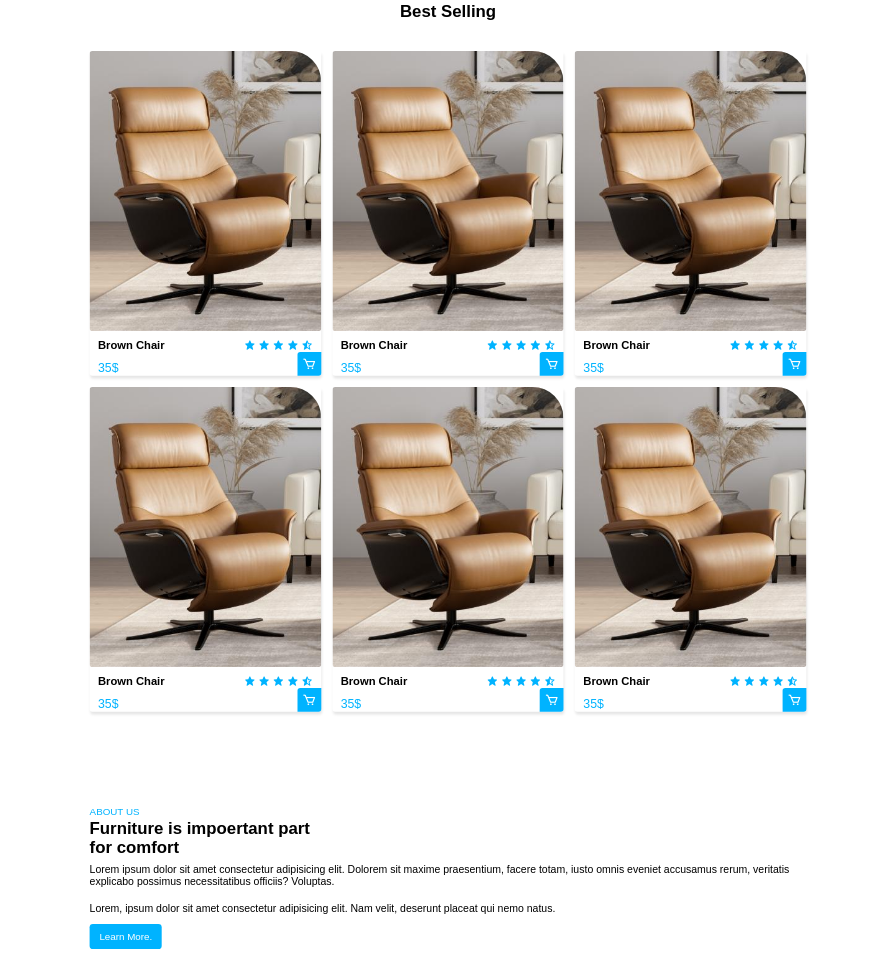
Repository: alishbah7/Choice1
Page: index.html
The author's editor kept a copy of each file at every save. The page is drawn from the files as they stood at one save, then again after the next save.
The browser window is 1280 px wide. The pictures show the part of the page from y = 1937 to 3857 px (the page is 3334 px tall before and 3857 px after), at 70% of full size.
Backgrounds fixed to the window are drawn as part of the page.

Above is the page before, as saved 2024-11-24 10:43:10.

After the next save:
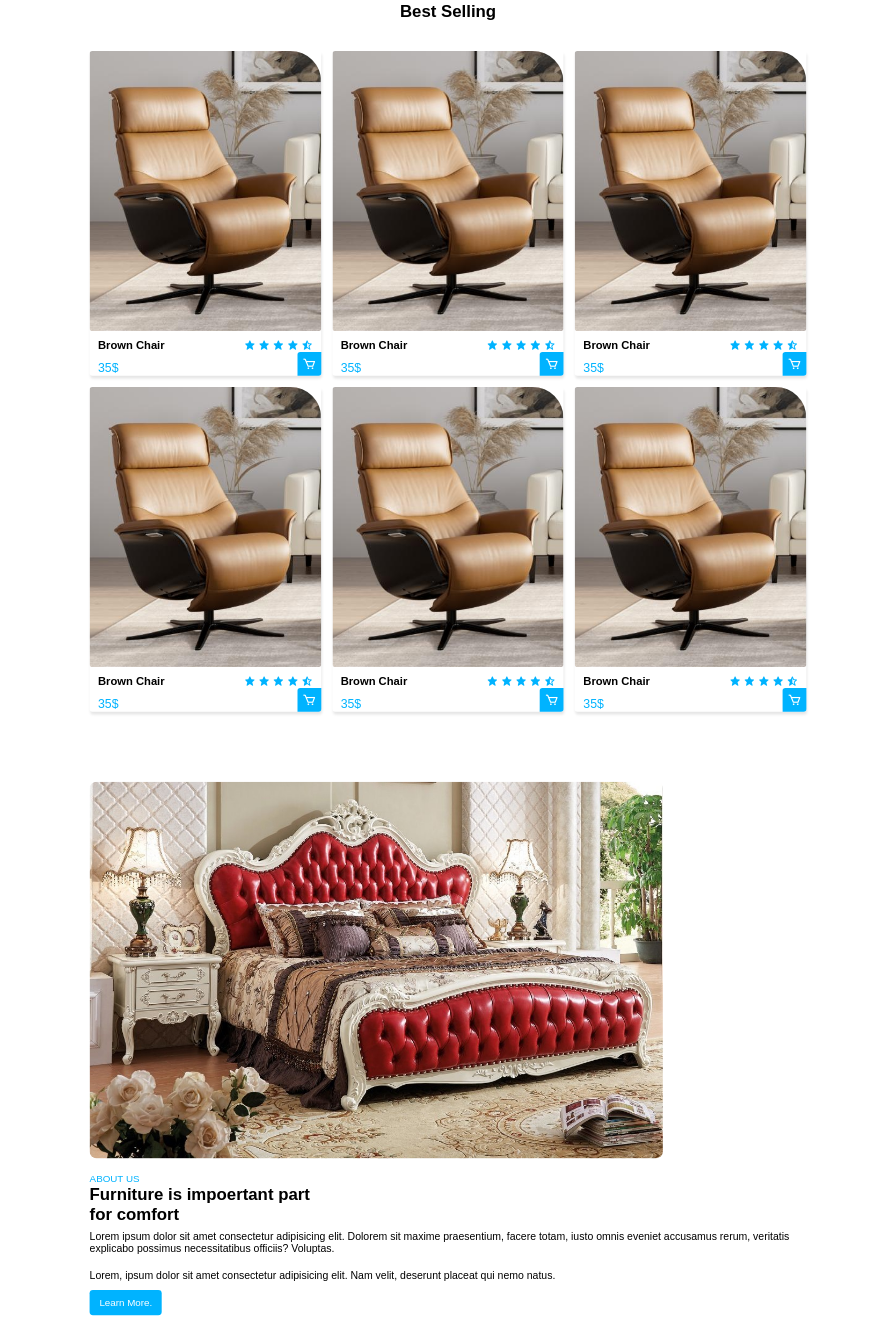
Saved 72 s later.
--- a/index.html
+++ b/index.html
@@ -275,7 +275,7 @@
 <!------------ about ------------>
 <section class="about" id="about">
     <div class="about-img">
-        <img src="" alt="">
+        <img src="img/Furniture1.jpg" alt="">
     </div>
     <div class="about-text">
         <span>About Us</span>
